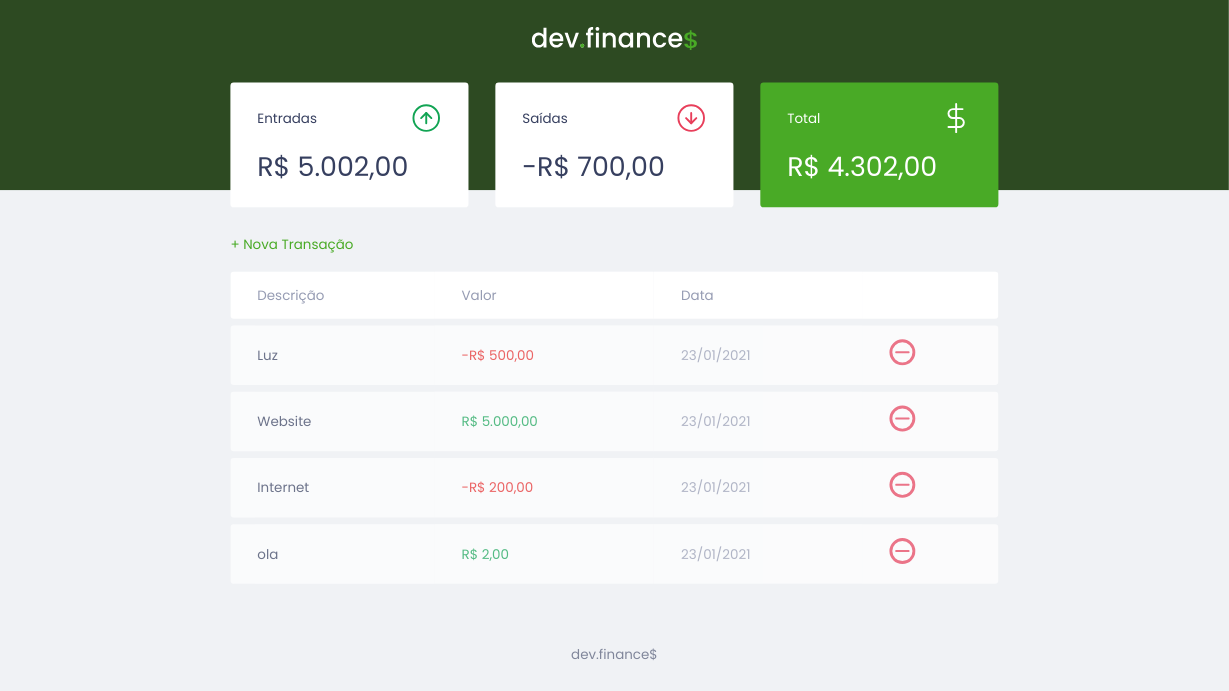
Repository: rafaelmgr12/maratona-dev01
Page: index.html
These files come from the project's save history. The page is drawn as it stood at one moment and after the next save; the edit follows.
The browser window is 1280 px wide. The pictures show the whole page, at 96% of full size.

Above is the page before, as saved 2021-05-01 13:53:06.

### index.html
<!DOCTYPE html>
<html lang="pt-br">
  <head>
    <meta charset="UTF-8" />
    <meta name="viewport" content="width=device-width, initial-scale=1.0" />
    <title>Rafael.appdev.finance$</title>

    <link rel="stylesheet" href="./style.css" />
    <link rel="preconnect" href="https://fonts.gstatic.com" />
    <link
      href="https://fonts.googleapis.com/css2?family=Poppins:ital,wght@0,100;0,400;0,700;1,100;1,400;1,700&display=swap"
      rel="stylesheet"
    />
  </head>
  <body>
    <header>
      <img src="./assets/logo.svg" alt="Logo Dev Finance" />
    </header>

    <main class="container">
      <section id="balance">
        <h2 class="sr-only">Balanço</h2>

        <div class="card">
          <h3>
            <span> Entradas </span>
            <img src="./assets/income.svg" alt="Image de entradas" />
          </h3>
          <p id = "incomeDisplay">R$ 5.000,00</p>
        </div>

        <div class="card">
          <h3>
            <span> Saídas </span>
            <img src="./assets/expense.svg" alt="Image de saídas" />
          </h3>
          <p id = "expenseDisplay">R$ 2.000,00</p>
        </div>

        <div class="card total">
          <h3>
            <span> Total </span>
            <img src="./assets/total.svg" alt="Image de total" />
          </h3>
          <p id="totalDisplay">R$ 3.000,00</p>
        </div>
      </section>

      <section id="transaction">
        <h2 class="sr-only">Transações</h2>

        <a href="#" onclick="Modal.open()" class="button new"
          >+ Nova Transação</a
        >

        <table id="data-table">
          <thead>
            <tr>
              <th>Descrição</th>
              <th>Valor</th>
              <th>Data</th>
              <th></th>
            </tr>
          </thead>
          <tbody>

          </tbody>
        </table>
      </section>
    </main>

    <div class="modal-overlay">
      <div class="modal">
        <div id="form">
          <h2>Nova Transação</h2>
          <form action="">
            <div class="input-group">
              <label class="sr-only" for="description">Descrição</label>
              <input
                type="text"
                id="description"
                name="description"
                placeholder="Descrição"
              />
            </div>

            <div class="input-group">
              <label class="sr-only" for="amount">Valor</label>
              <input
                type="number"
                step="0.01"
                id="amount"
                name="amount"
                placeholder="0,00"
              />
              <small class="help"
                >Use o sinal - (negativo) para despesas e , (vírgula) para casas
                decimais</small
              >
            </div>

            <div class="input-group">
              <label class="sr-only" for="date">Data</label>
              <input type="date" id="date" name="date" />
            </div>

            <div class="input-group actions">
              <a onclick="Modal.close()" href="#" class="button cancel"
                >Cancelar</a
              >
              <button>Salvar</button>
            </div>
          </form>
        </div>
      </div>
    </div>

    <footer><p>dev.finance$</p></footer>

    <script src = "./scripts.js"></script>
  </body>
</html>

### style.css
/* Global ===================== */
:root {
  --dark-blue: #363f5f;
  --green: #49aa26;
  --light-green: #3dd705;
  --red: #e92929;
}

* {
  margin: 0;
  padding: 0;
  box-sizing: border-box;
}

html {
  font-size: 93.75%; /* 15px */
}

body {
  background: #f0f2f5;
  font-family: "Poppins", sans-serif;
}

.sr-only {
  position: absolute;
  width: 1px;
  height: 1px;
  padding: 0;
  margin: -1px;
  overflow: hidden;
  clip: rect(0, 0, 0, 0);
  white-space: nowrap;
  border-width: 0;
}

.container {
  width: min(90vw, 800px);
  margin: auto;
}

/* Titles ===================== */
h2 {
  margin-top: 3.2rem;
  margin-bottom: 0.8rem;
  color: var(--dark-blue);

  font-weight: normal;
}

/* Links & Buttons ===================== */
a {
  color: var(--green);
  text-decoration: none;
}

a:hover {
  color: var(--light-green);
}

button {
  width: 100%;
  height: 50px;

  border: none;

  color: white;
  background: var(--green);

  padding: 0;

  border-radius: 0.25rem;

  cursor: pointer;
}

button:hover {
  background: var(--light-green);
}

.button.new {
  display: inline-block;
  margin-bottom: 0.8rem;
}

.button.cancel {
  color: var(--red);
  border: 2px var(--red) solid;
  border-radius: 0.25rem;

  height: 50px;

  display: flex;
  align-items: center;
  justify-content: center;

  opacity: 0.6;
}

.button.cancel:hover {
  opacity: 1;
}

/* Header ===================== */
header {
  background: #2d4a22;
  padding: 2rem 0 10rem;
  text-align: center;
}

#logo {
  color: #fff;
  font-weight: 100;
}

/* Balance ===================== */
#balance {
  margin-top: -8rem;
}

#balance h2 {
  color: white;
  margin-top: 0;
}

/* Cards ===================== */
.card {
  background: white;
  padding: 1.5rem 2rem;
  border-radius: 0.25rem;

  margin-bottom: 2rem;

  color: var(--dark-blue);
}

.card h3 {
  font-weight: normal;
  font-size: 1rem;

  display: flex;
  align-items: center;
  justify-content: space-between;
}

.card p {
  font-size: 2rem;
  line-height: 3rem;

  margin-top: 1rem;
}

.card.total {
  background: var(--green);
  color: white;
}

/* Table ===================== */
#transaction {
  display: block;
  width: 100%;
  overflow-x: auto;
}
#data-table {
  width: 100%;
  border-spacing: 0 0.5rem;
  color: #969cb3;
}

table thead tr th:first-child,
table tbody tr td:first-child {
  border-radius: 0.25rem 0 0 0.25rem;
}

table thead tr th:last-child,
table tbody tr td:last-child {
  border-radius: 0 0.25rem 0.25rem 0;
}

table thead th {
  background: white;

  font-weight: normal;
  padding: 1rem 2rem;

  text-align: left;
}

table tbody tr {
  opacity: 0.7;
}

table tbody tr:hover {
  opacity: 1;
}

table tbody td {
  background: white;
  padding: 1rem 2rem;
}

td.description {
  color: var(--dark-blue);
}

td.income {
  color: #12a454;
}

td.expense {
  color: #e92929;
}

/* Modal ===================== */
.modal-overlay {
  width: 100%;
  height: 100%;

  background-color: rgba(0, 0, 0, 0.7);

  position: fixed;
  top: 0;

  display: flex;
  align-items: center;
  justify-content: center;

  opacity: 0;
  visibility: hidden;

  z-index: 999;
}

.modal-overlay.active {
  opacity: 1;
  visibility: visible;
}

.modal {
  background: #f0f2f5;
  padding: 2.4rem;

  position: relative;
  z-index: 1;
}

/* Form ===================== */
#form {
  max-width: 500px;
}

#form h2 {
  margin-top: 0;
}

input {
  border: none;
  border-radius: 0.2rem;

  padding: 0.8rem;

  width: 100%;
}

.input-group {
  margin-top: 0.8rem;
}

.input-group small {
  opacity: 0.4;
}

.input-group.actions {
  display: flex;
  justify-content: space-between;
  align-items: center;
}

.input-group.actions .button,
.input-group.actions button {
  width: 48%;
}

/* Footer ===================== */
footer {
  text-align: center;
  padding: 4rem 0 2rem;
  color: var(--dark-blue);

  opacity: 0.6;
}

/* Responsive ===================== */
@media (min-width: 800px) {
  html {
    font-size: 87.5%;
  }

  #balance {
    display: grid;
    grid-template-columns: repeat(3, 1fr);
    gap: 2rem;
  }
}

### scripts.js
const Modal = {
  open() {
    // Abrir modal
    // Adicionar a class active ao modal
    document.querySelector(".modal-overlay").classList.add("active");
  },
  close() {
    // fechar o modal
    // remover a class active do modal
    document.querySelector(".modal-overlay").classList.remove("active");
  },
};

const transactions = [
  {
    id: 1,
    description: "Luz",
    amount: -50000,
    date: "23/01/2021",
  },
  { id: 2, description: "Website", amount: 500000, date: "23/01/2021" },
  { id: 3, description: "Internet", amount: -20000, date: "23/01/2021" },
];

const Transaction = {
  all: transactions,
  add(transaction) {
    Transaction.all.push(transaction)

    App.reload()
  },
  remove(index){
    Transaction.all.splice(index, 1)

  },
  income() {
    let income = 0;
    Transaction.all.forEach((transaction) => {
      if (transaction.amount > 0) {
        income += transaction.amount;
      }
    });
    return income;
    // somar as entradas
  },
  expense() {
    let expense = 0;
    Transaction.all.forEach((transaction) => {
      if (transaction.amount < 0) {
        expense += transaction.amount;
      }

      // somar saídas/gastos
    });
    return expense;
  },
  total() {
    return Transaction.income() + Transaction.expense();
    // entradas - saídas
  },
};

const DOM = {
  transactionContainer: document.querySelector("#data-table tbody"),

  addTransaction(transaction, index) {
    const tr = document.createElement("tr");
    tr.innerHTML = DOM.innerHTMLTransaction(transaction);

    DOM.transactionContainer.appendChild(tr);
  },

  innerHTMLTransaction(transaction) {
    const CSSclass = transaction.amount > 0 ? "income" : "expense";

    const amount = Utils.formatCurrency(transaction.amount);

    const html = `
      <td class="description">${transaction.description}</td>
      <td class="${CSSclass}">${amount}</td>
      <td class="date">${transaction.date}</td>
      <td>
          <img src="./assets/minus.svg" alt="Remover transação" />
      </td>
    `;
    return html;
  },

  updateBalance() {
    document.getElementById("incomeDisplay").innerHTML = Utils.formatCurrency(
      Transaction.income()
    );
    document.getElementById("expenseDisplay").innerHTML = Utils.formatCurrency(
      Transaction.expense()
    );
    document.getElementById("totalDisplay").innerHTML = Utils.formatCurrency(
      Transaction.total()
    );
  },
  clearTransactions() {
    DOM.transactionContainer.innerHTML = ""
  }
};

//DOM.addTransaction(transactions)

const Utils = {
  formatCurrency(value) {
    const signal = Number(value) < 0 ? "-" : "";

    value = String(value).replace(/\D/g, "");

    value = Number(value) / 100;

    value = value.toLocaleString("pt-BR", {
      style: "currency",
      currency: "BRL",
    });
    return signal + value;
  },
};

const App = {
  init() {
    Transaction.all.forEach((transaction) => {
      DOM.addTransaction(transaction);
    });

    DOM.updateBalance();

    //Storage.set(Transaction.all)
  },
  reload() {
    DOM.clearTransactions()
    App.init();
  },
};


App.init();
Transaction.add({
  id : 39,
  description : "ola",
  amount: 200,
  date: "23/01/2021"
})

After the next save:
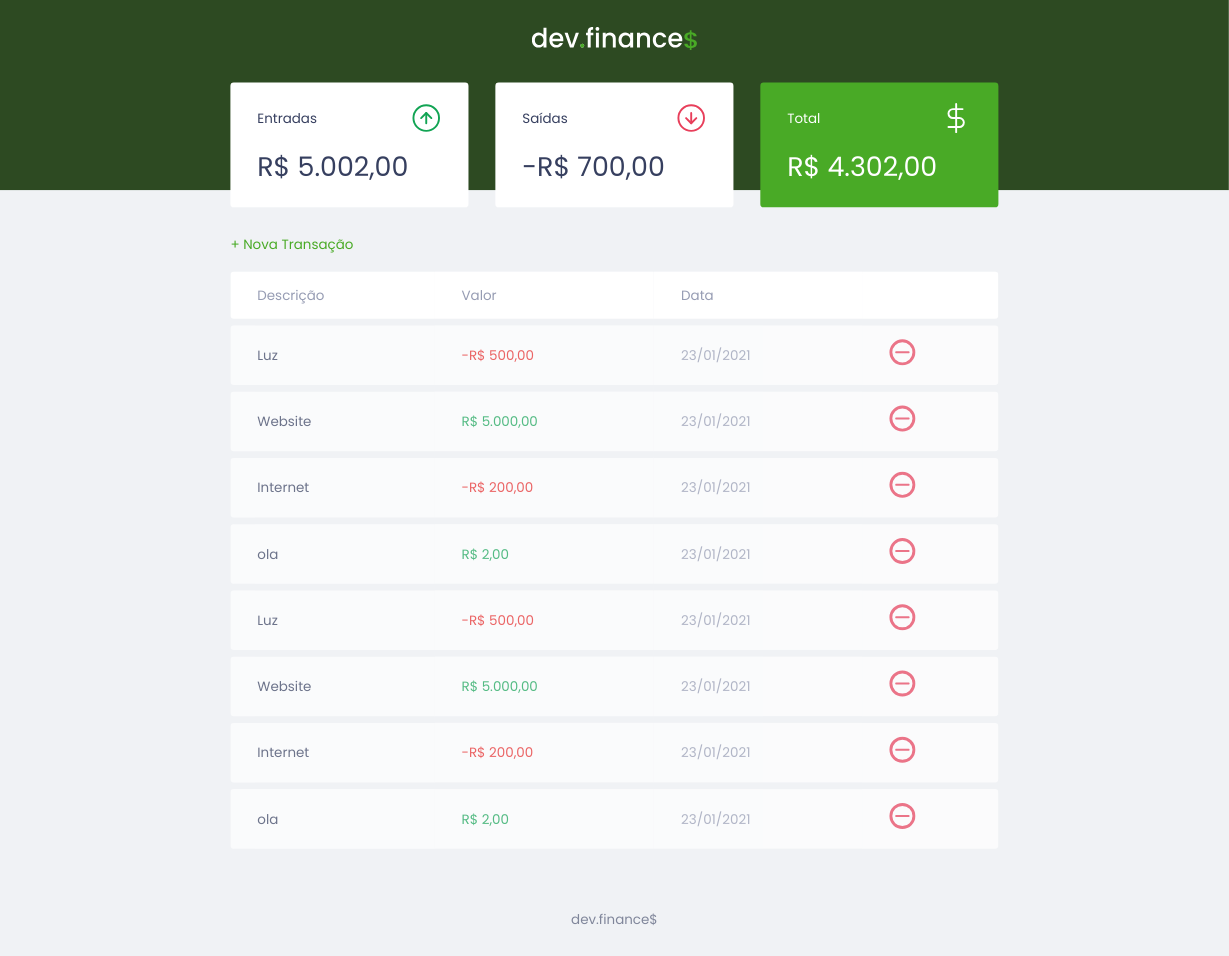
Saved 4 s later.
--- a/scripts.js
+++ b/scripts.js
@@ -136,11 +136,11 @@ const App = {
   },
 };
 
-
-App.init();
 Transaction.add({
   id : 39,
   description : "ola",
   amount: 200,
   date: "23/01/2021"
 })
+
+App.init();

After the save that followed:
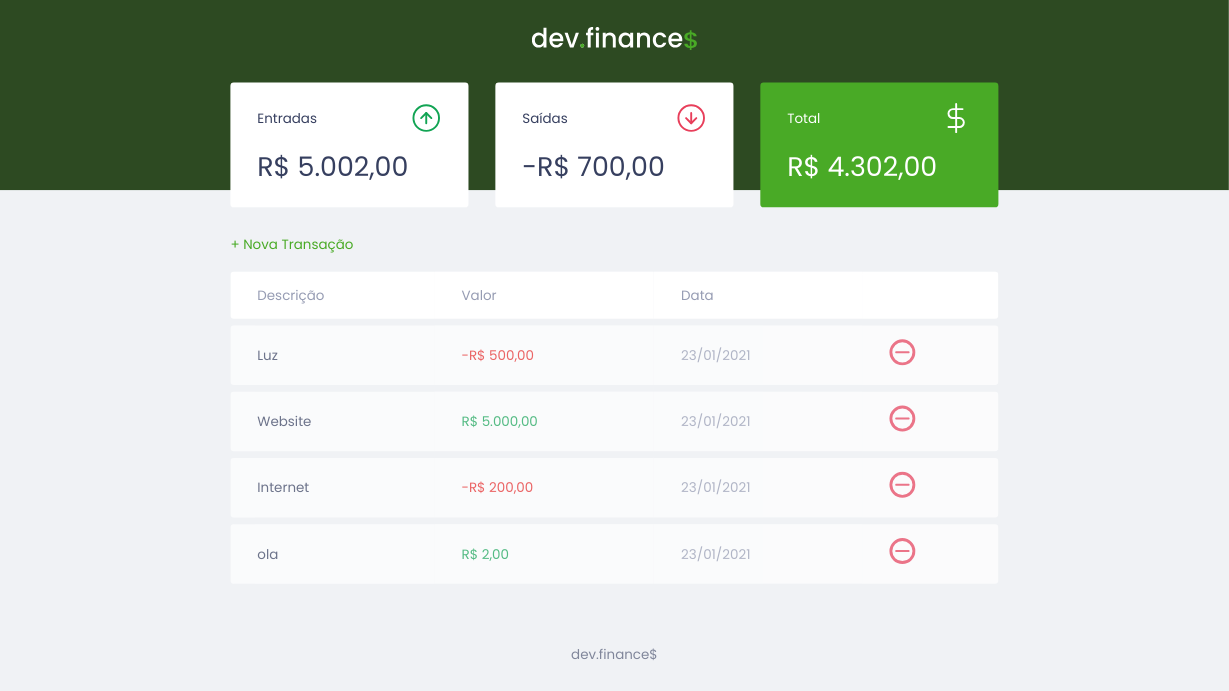
Saved 4 s later.
--- a/scripts.js
+++ b/scripts.js
@@ -136,11 +136,12 @@ const App = {
   },
 };
 
+
+
+App.init();
 Transaction.add({
   id : 39,
   description : "ola",
   amount: 200,
   date: "23/01/2021"
 })
-
-App.init();
